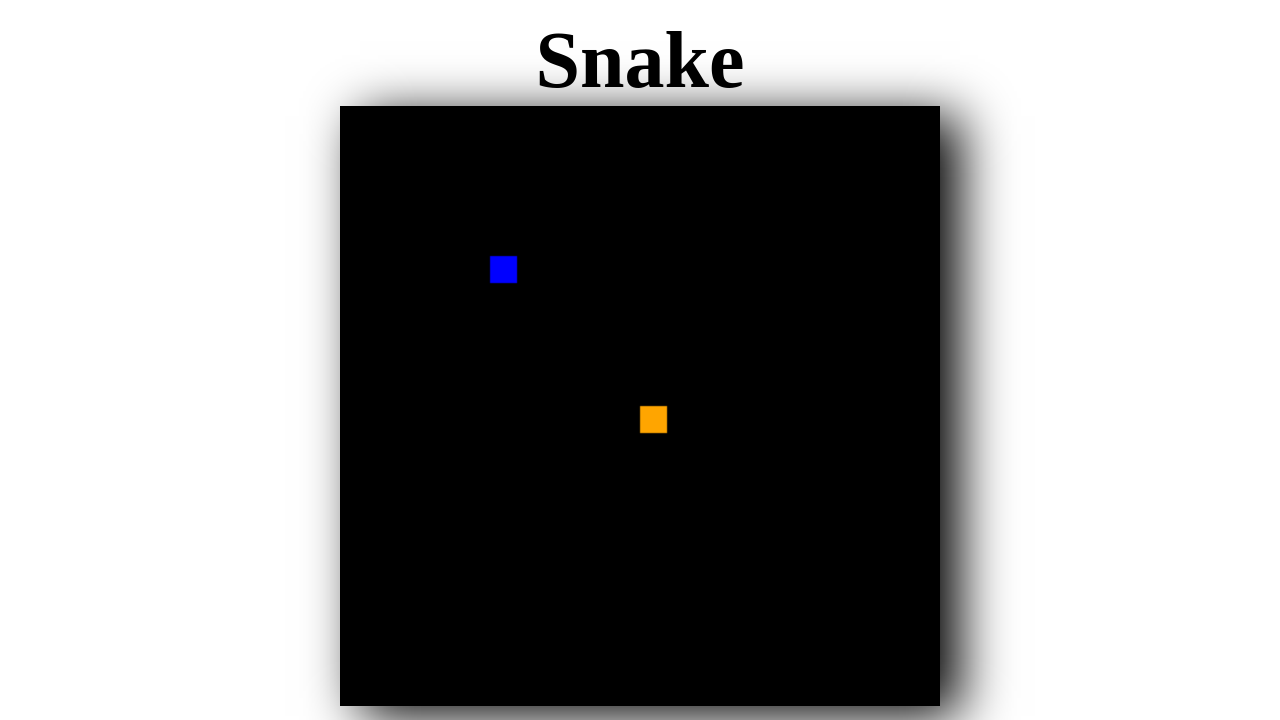
Repository: Ellisvelandia/snake
Page: index.html
The author's editor kept a copy of each file at every save. The page is drawn from the files as they stood at one save, then again after the next save.
The browser window is 1280 px wide. The pictures show the whole page.

Above is the page before, as saved 2022-08-26 23:57:12.

After the next save:
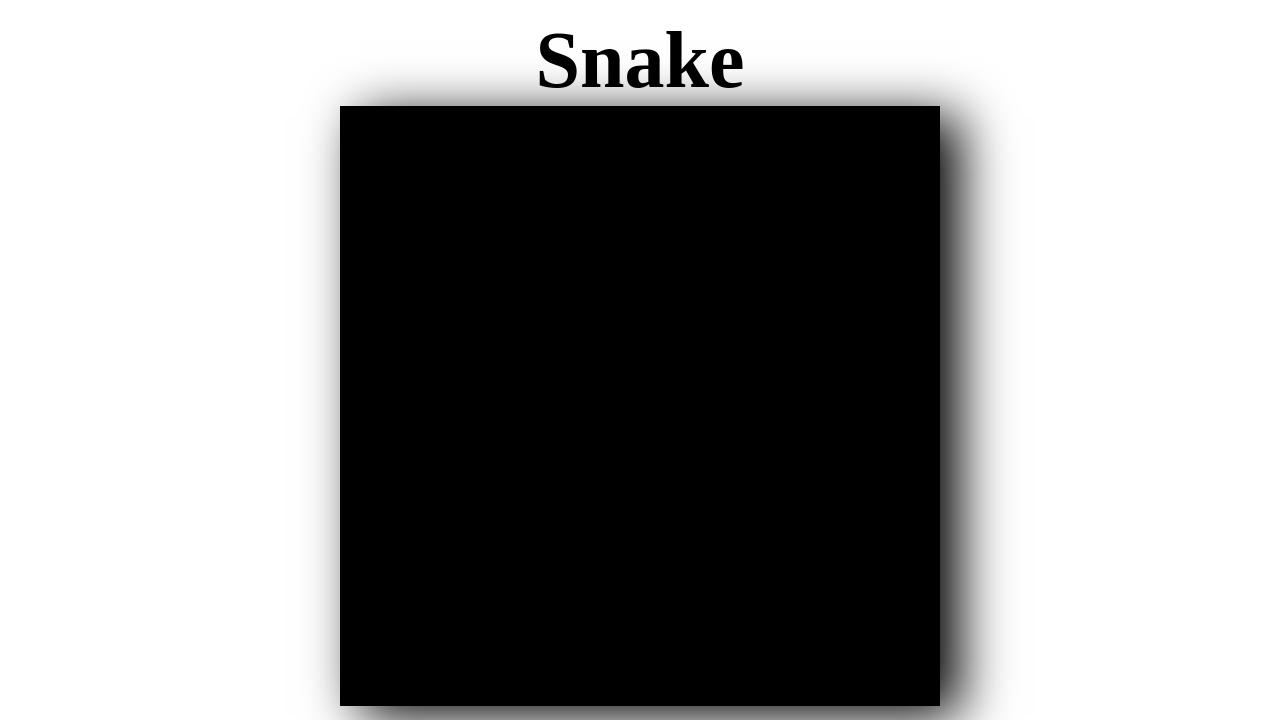
Console error: ReferenceError: chec is not defined
Saved 2 min 4 s later.
--- a/index.js
+++ b/index.js
@@ -19,6 +19,8 @@ let yVelocity = 0;
 function drawGame() {
   clearScreen();
   changeSnakePosition();
+
+  chec
   drawApple();
   drawSnake();
   setTimeout(drawGame, 1000 / speed);
